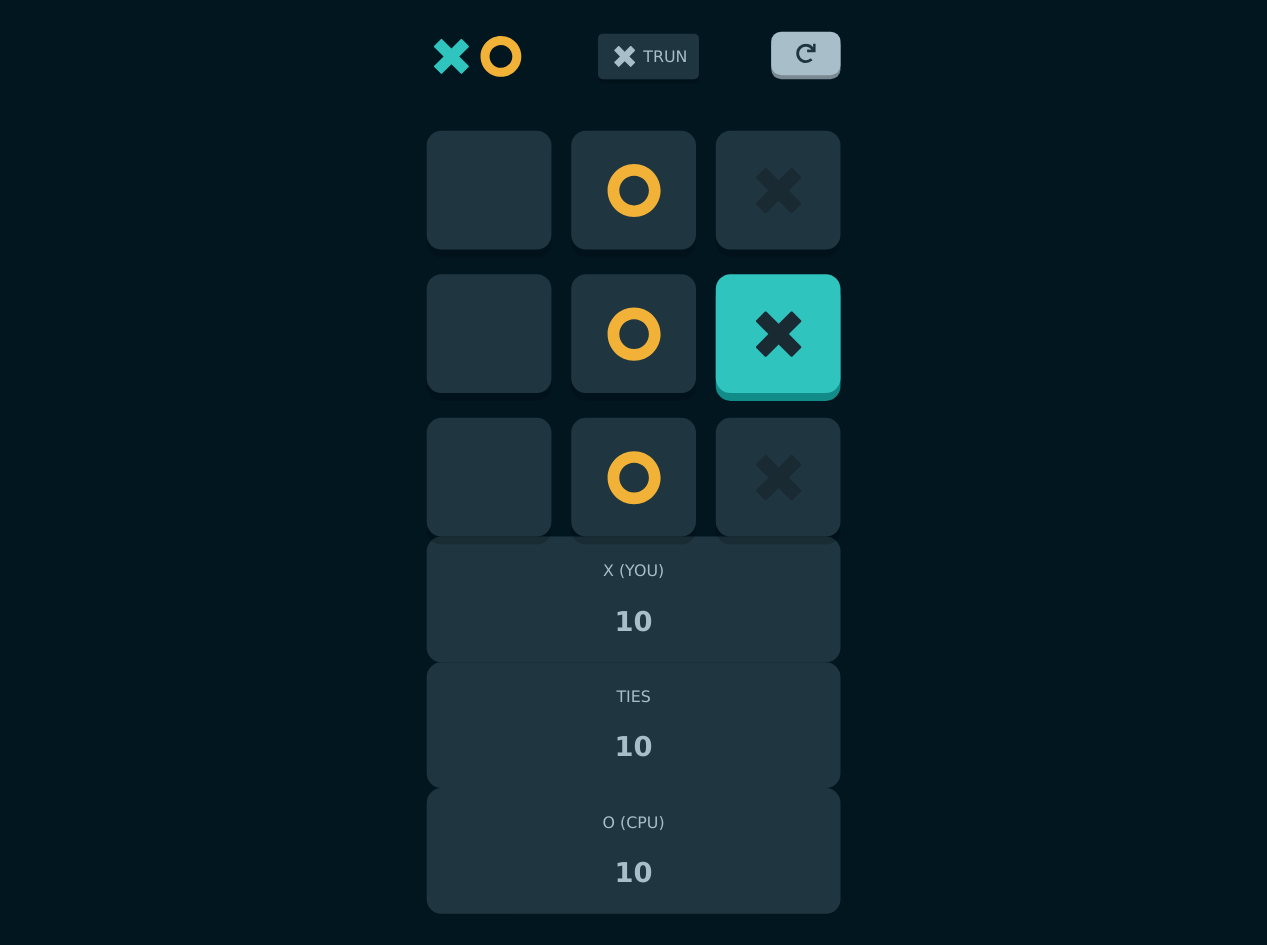
Repository: SD-Mdouka/XO_GAME
Page: /
These files come from the project's save history. The page is drawn as it stood at one moment and after the next save; the edit follows.
The browser window is 1280 px wide. The pictures show the whole page, at 99% of full size.
The project was rebuilt for these pictures with package versions that can differ from the ones it lists, and the page was loaded fresh each time. Also part of the build but not shown: src/component/start/Start.js.

Above is the page before, as saved 2022-08-29 16:44:42.

After the next save:
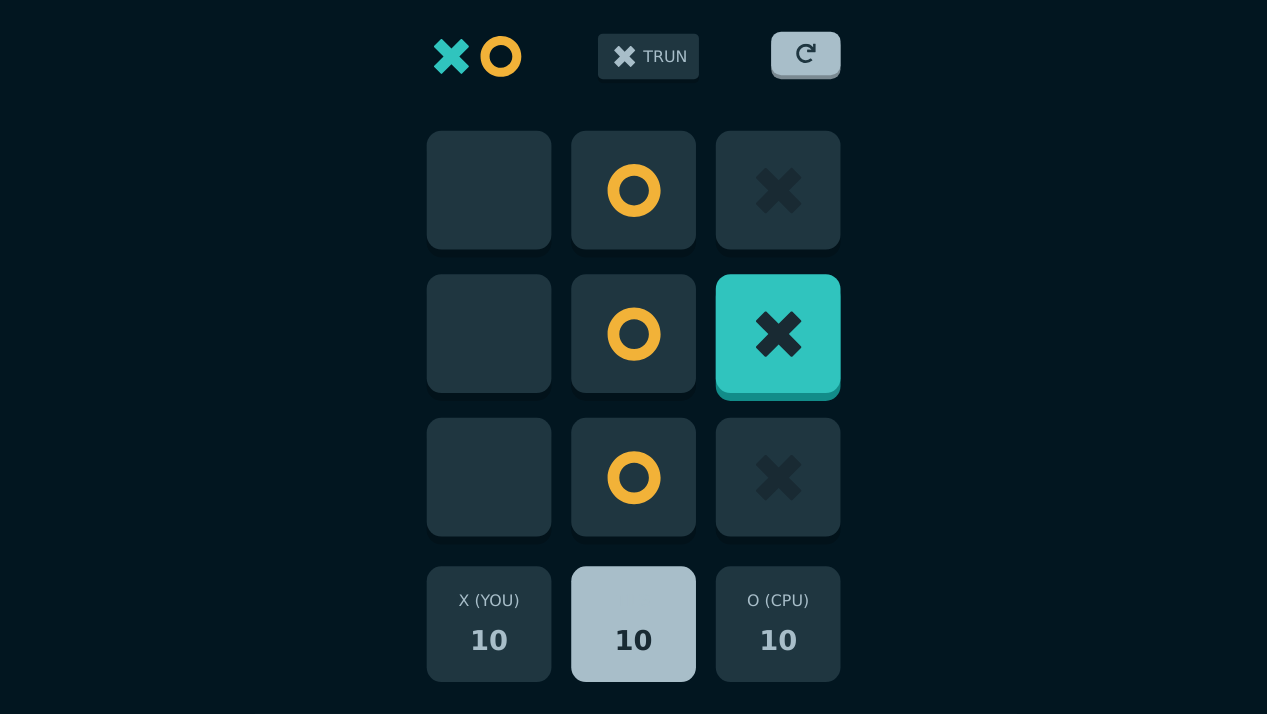
Saved 12 min 9 s later.
--- a/src/index.css
+++ b/src/index.css
@@ -81,6 +81,11 @@ body {
 
 .text-yellow {
     color: var(--color-yellow);
+}
+
+.bg-light {
+    background-color: var(--color-gray);
+    color: var(--color-bg-dark);
 }
 
 .btn {
@@ -318,3 +323,14 @@ body {
 .board__body .active.shadow-dark {
     background-color: var(--color-bg-dark);
 }
+
+.board__footer {
+    margin-top: 30px;
+    display: grid;
+    grid-template-columns: repeat(3, 1fr);
+    gap: 20px;
+}
+
+.board__footer .card {
+    gap: 15px;
+}
